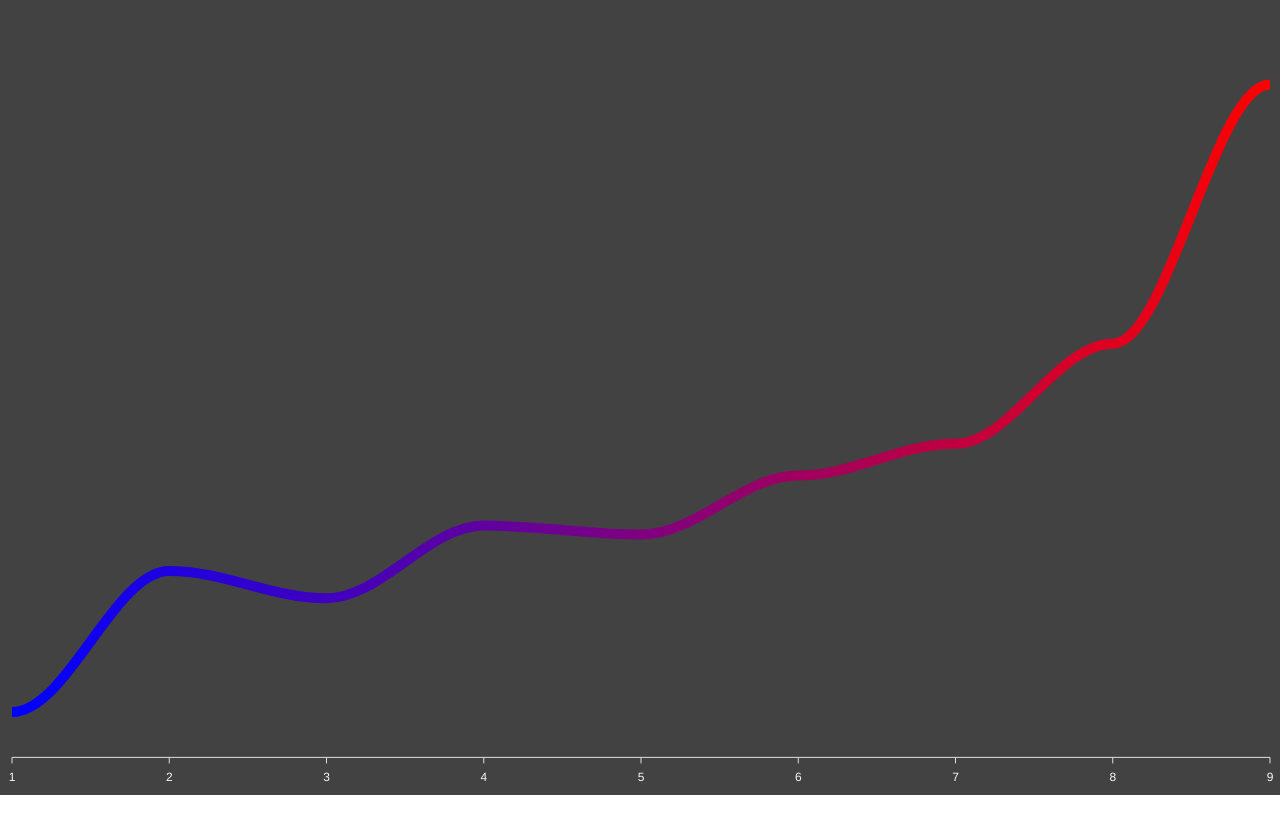
Repository: wanted-pre-onboarding-internship-1team/pre-onboarding-9th-3-1
Page: /
These files come from the project's save history. The page is drawn as it stood at one moment and after the next save; the edit follows.
The browser window is 1280 px wide. The pictures show the whole page.
The project was rebuilt for these pictures with package versions that can differ from the ones it lists, and the page was loaded fresh each time.

Above is the page before, as saved 2023-03-14 16:25:34.

After the next save:
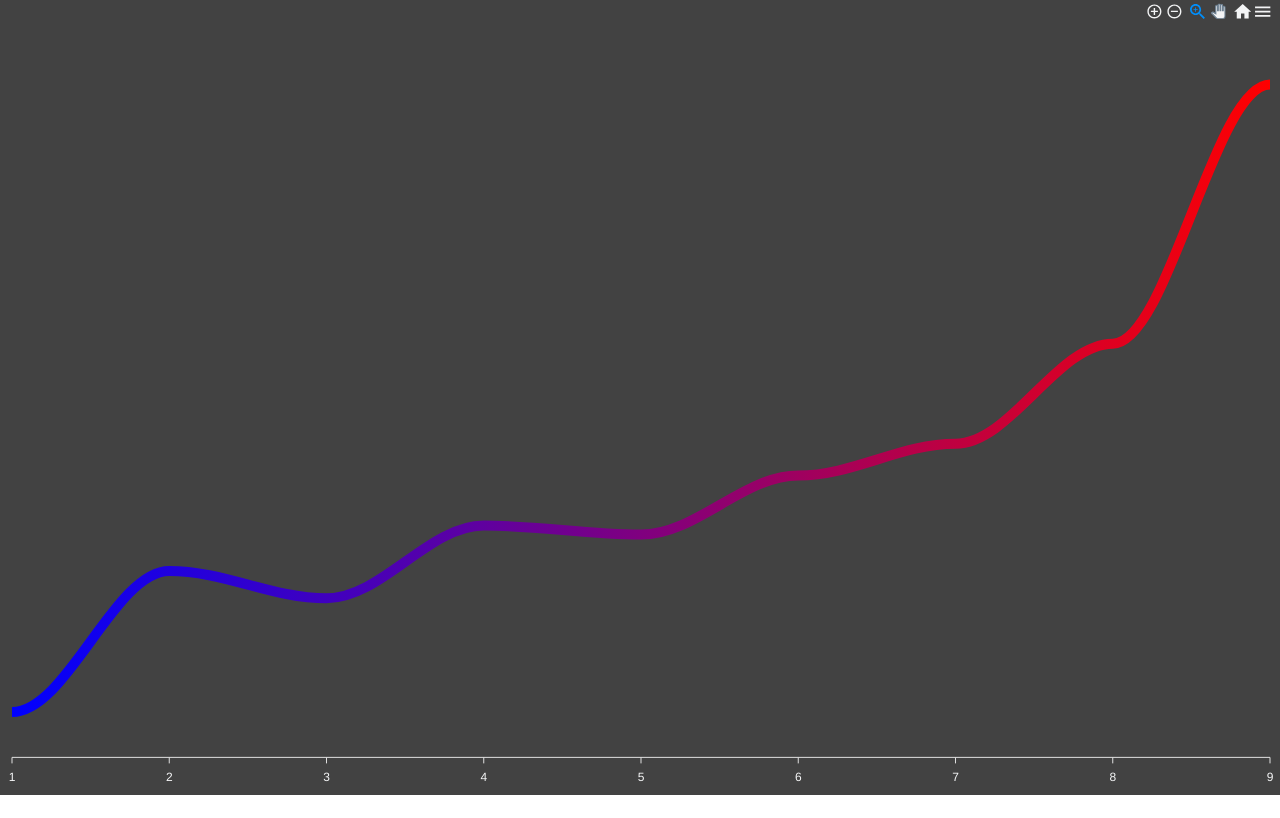
Saved 3 min 47 s later.
--- a/src/pages/Mainpage.tsx
+++ b/src/pages/Mainpage.tsx
@@ -16,13 +16,7 @@
           theme: {
             mode: 'dark',
           },
-          chart: {
-            height: 200,
-            width: 200,
-            toolbar: {
-              show: false,
-            },
-          },
+
           grid: { show: false },
           stroke: {
             curve: 'smooth',

After the save that followed:
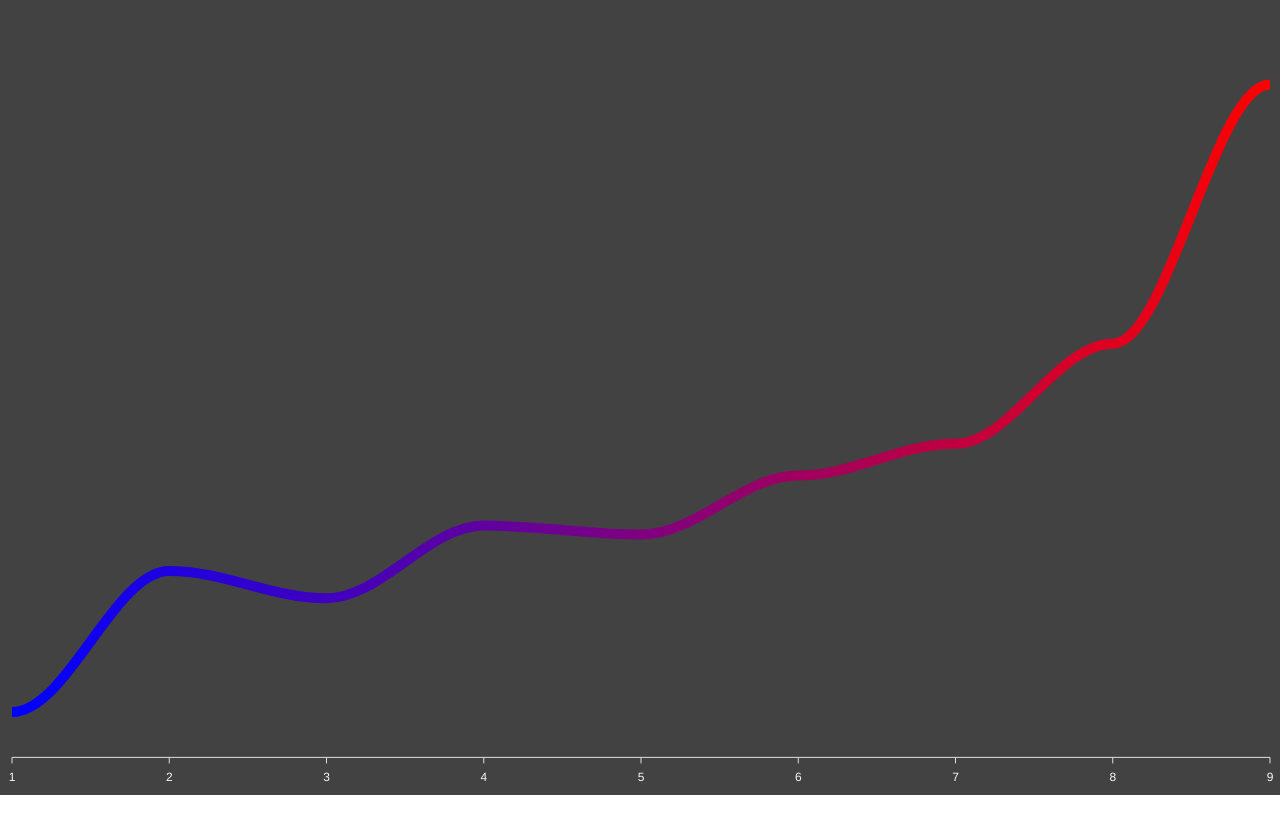
Saved 6 s later.
--- a/src/pages/Mainpage.tsx
+++ b/src/pages/Mainpage.tsx
@@ -16,7 +16,13 @@
           theme: {
             mode: 'dark',
           },
-
+          chart: {
+            height: 200,
+            width: 200,
+            toolbar: {
+              show: false,
+            },
+          },
           grid: { show: false },
           stroke: {
             curve: 'smooth',
